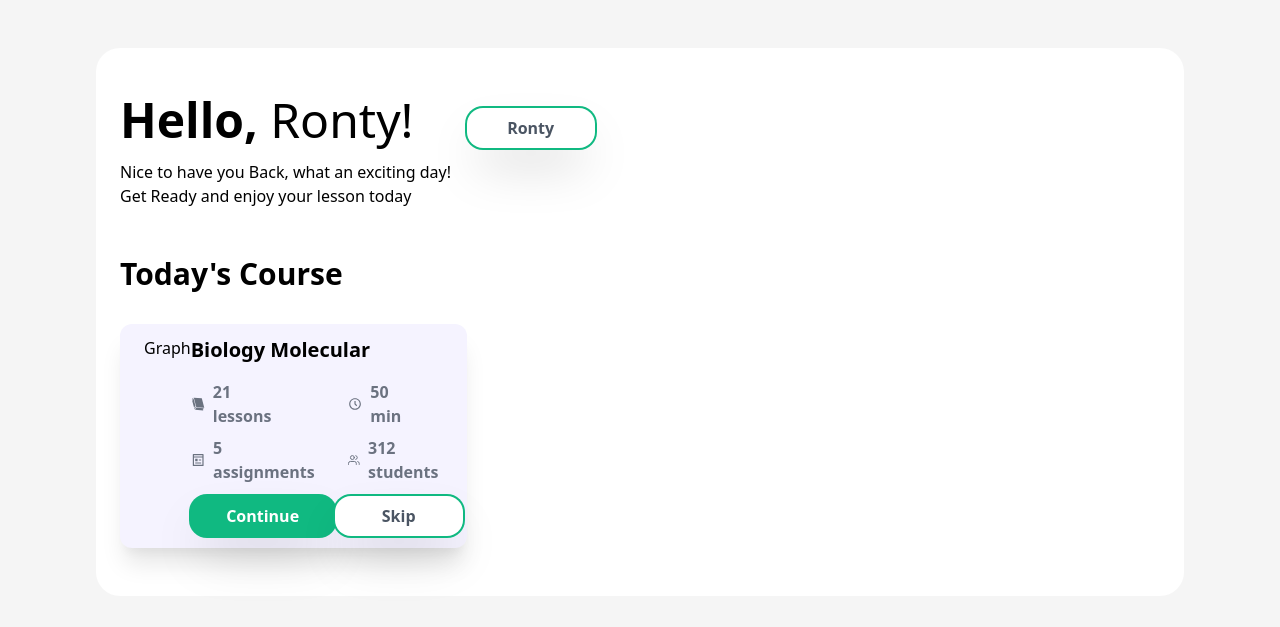
Repository: coolronts/Vite-Tailwind
Page: /
The author's editor kept a copy of each file at every save. The page is drawn from the files as they stood at one save, then again after the next save.
The browser window is 1280 px wide. The pictures show the whole page.
The project was rebuilt for these pictures with package versions that can differ from the ones it lists, and the page was loaded fresh each time. Also part of the build but not shown: vite.config.js.

Above is the page before, as saved 2021-11-26 07:51:12.

### src/App.jsx
import './App.css'

import {Course, Intro} from './Section'
import { PrimaryButton, SecondaryButton } from './components/Button'

import {PrimaryCard} from './components/Card'
import SplitScreen from './components/SplitScreen'
import { useState } from 'react'

function App() {

  return (
    <div className="App bg-white my-12 mx-24 rounded-3xl px-6 py-12">
      <SplitScreen leftWeight = 'w-1/3'>
        <div id="left">
          <Intro/>
          <div id="course">
            <p className="text-3xl font-bold  font-sans mb-8">Today's Course</p>
            <PrimaryCard>
              <Course/>
            </PrimaryCard>
          </div>

        </div>

        <div id="right">
          <SecondaryButton name="Ronty"/>
        </div>


      </SplitScreen>
    </div>
  )
}

export default App

### src/Section/index.js
import Course from "./Course";
import Intro from "./Intro";

export { Intro, Course };

### src/components/Button/index.jsx
import React from 'react'

export const PrimaryButton = ({name}) =>{
  return (
    <button className="bg-green-500 w-36 py-2 ring-2 ring-green-500 text-white text-md font-semibold shadow-2xl rounded-2xl mt-3">
      {name}
    </button>
  )
}

export const SecondaryButton = ({name}) =>{
  return (
    <button className="bg-white w-32 py-2 ring-2 ring-green-500 text-gray-600 text-md font-semibold shadow-2xl rounded-2xl mt-3">
      {name}
    </button>
  )
}

### src/components/Card/index.jsx
import React from 'react'

export const PrimaryCard =({children})=> {
  return (
    <div className="bg-purple-50 py-3 px-6 shadow-xl  rounded-xl shadow-xl">
      {children}
    </div>
  )
}

### src/components/SplitScreen/index.jsx
import PropTypes from 'prop-types'
import React from "react"
import tw from "tailwind-styled-components"

const Container = tw.div`${(props) => props.weight}`;

const Pane = tw.div`${(props) => props.weight}`;

const SplitScreen = ({
	children,
	containerWeight = 'flex w-full',
  leftWeight = 'w-1/2',
	rightWeight = 'w-1/2',
}) => {
	const [left, right] = children;
	return (
		<Container className={containerWeight}>
			<Pane className={leftWeight}>
				{left}
			</Pane>
			<Pane className={rightWeight}>
				{right}
			</Pane>
		</Container>
	);
}

export default SplitScreen

SplitScreen.propTypes = {
	children: PropTypes.arrayOf(PropTypes.node).isRequired,
	containerWeight: PropTypes.string,
	leftWeight: PropTypes.string,
	rightWeight: PropTypes.string,
}

### src/Section/Course/index.jsx
import {PrimaryButton, SecondaryButton} from '../../components/Button'

import {BiTimeFive} from 'react-icons/bi'
import {FiUsers} from 'react-icons/fi'
import { GiWhiteBook } from 'react-icons/gi'
import React from 'react'
import { RiPagesLine } from 'react-icons/ri'
import SplitScreen from '../../components/SplitScreen'

export default function Course() {
  return (
    <SplitScreen leftWeight = 'w-1/5' rightWeight = 'w-full'>
      <div id="left">
        Graph
      </div>
      <div id="right">
        <h4 className="font-bold text-xl mb-4">Biology Molecular</h4>
        <div className="flex flex-col w-5/6">
          <div className="flex  text-gray-500 font-semibold mb-2">
            <p className="flex items-center mr-16"> <GiWhiteBook className="mr-2"/>  21 lessons</p>
            <p className="flex items-center"> <BiTimeFive className="mr-2"/>  50 min</p>
          </div>
          <div className="flex  text-gray-500 font-semibold text-left">
            <p className="flex items-center mr-8"> <RiPagesLine className="mr-2"/>  5 assignments</p>
            <p className="flex items-center"> <FiUsers className="mr-2"/>  312 students</p>
          </div>
        </div>
        <div className="flex justify-around">
          <PrimaryButton name="Continue" />
          <SecondaryButton name="Skip" />
        </div>
      </div>
    </SplitScreen>
  )
}

### src/Section/Intro/index.jsx
import React from 'react'

export default function Intro({name}) {
  return (
    <div className="mb-12">
      <h3 className="text-5xl font-sans font-bold mb-4">Hello, <span className="font-light">Ronty!</span> </h3>
      <div className="font-semibold tracking-wide text-gray-500">

      </div>
      <h5>Nice to have you Back, what an exciting day!</h5>
      <h5>Get Ready and enjoy your lesson today</h5>
    </div>
  )
}

Loaded but not shown: index.html (common file); src/main.jsx (common file); src/index.css (common file); src/App.css (common file); tailwind.config.js (common file)

After the next save:
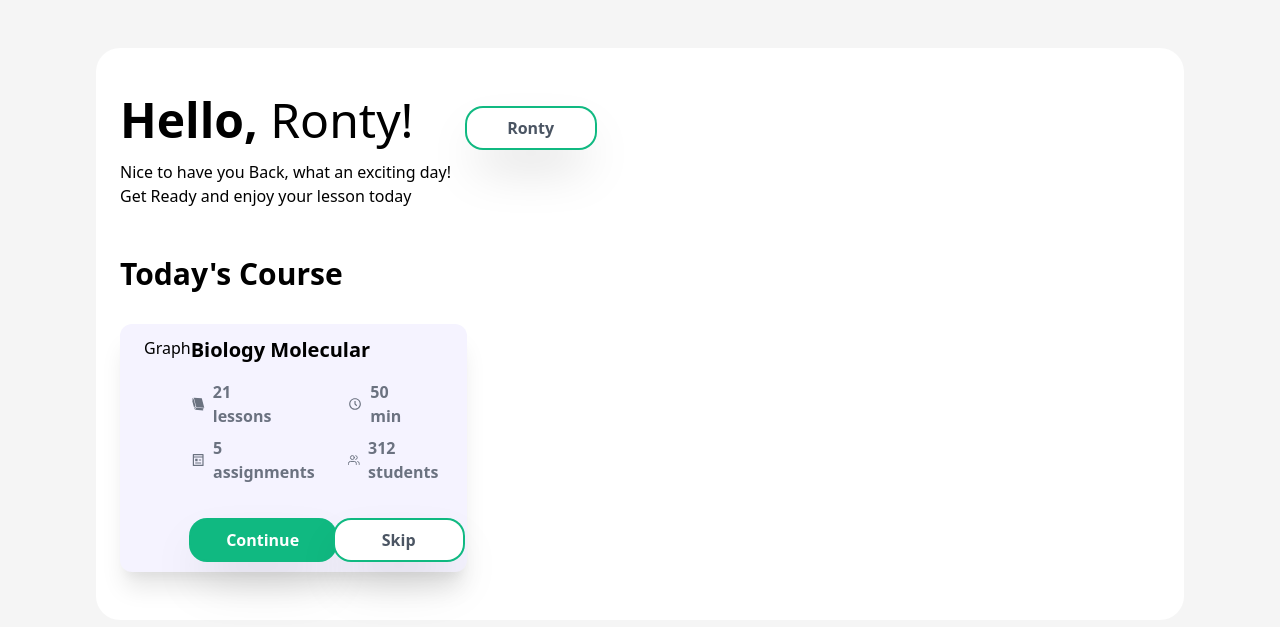
Saved 16 s later.
--- a/src/Section/Course/index.jsx
+++ b/src/Section/Course/index.jsx
@@ -25,7 +25,7 @@ export default function Course() {
             <p className="flex items-center"> <FiUsers className="mr-2"/>  312 students</p>
           </div>
         </div>
-        <div className="flex justify-around">
+        <div className="flex justify-around mt-6">
           <PrimaryButton name="Continue" />
           <SecondaryButton name="Skip" />
         </div>
